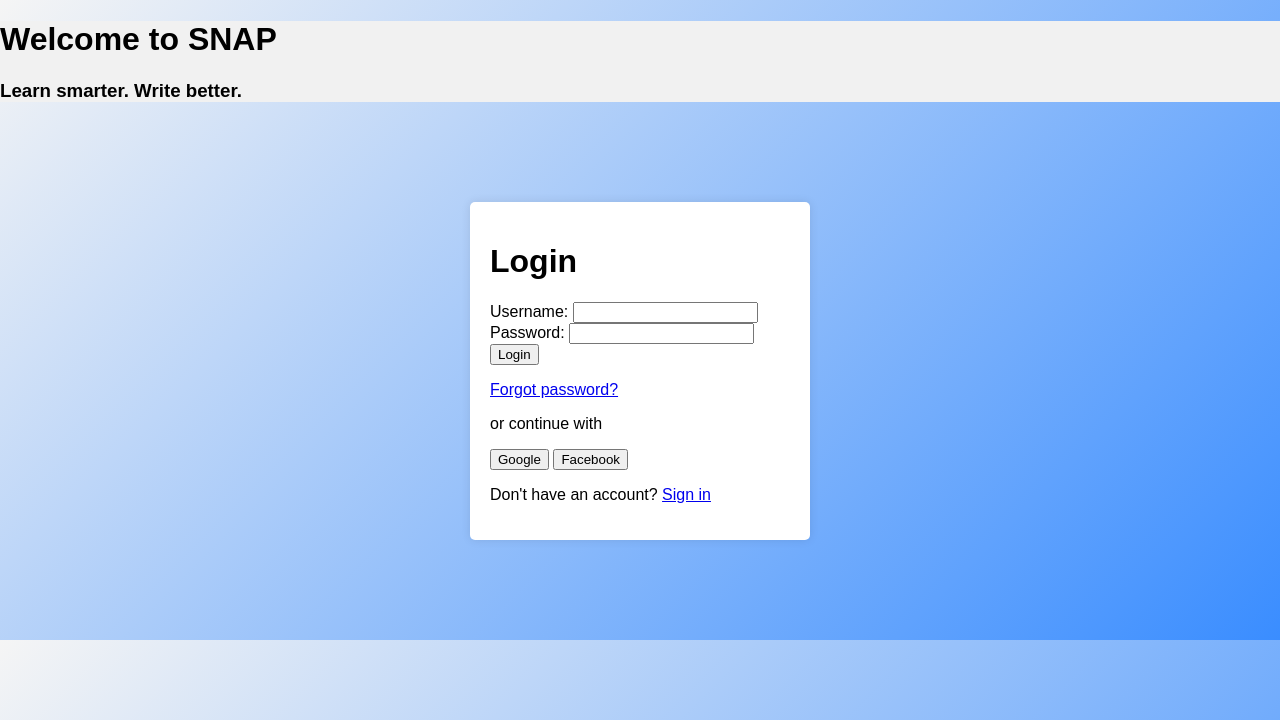
Repository: Lee-Productions-Inc/SNAP_productions
Page: pages/login.html
An editor plug-in stored every save of this project. The page is shown before and after a run of saves, followed by the edit.
The browser window is 1280 px wide. The pictures show the whole page.

Above is the page before, as saved 2026-09-16 19:55:24.

After the next 2 saves:
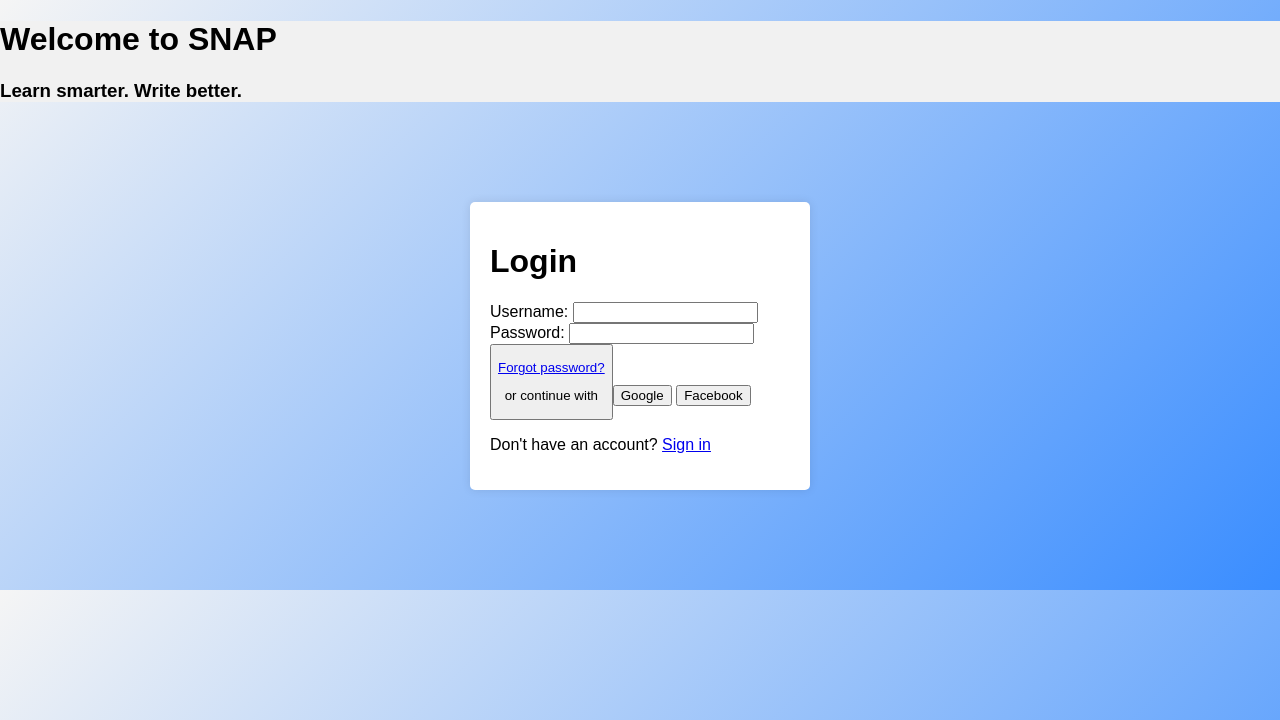
The 2 saves are shown as one change because they came seconds apart.
The last was saved 5 s later.
--- a/pages/login.html
+++ b/pages/login.html
@@ -21,7 +21,7 @@
             <label for="password">Password:</label>
             <input type="password" id="password" name="password" required>
             <br>
-            <button type="submit">Login</button>
+            <button type="submit"><a</button>
             <p><a href="/forgot-password">Forgot password?</a></p>
 
             <p>or continue with</p>

After the 3 saves that followed:
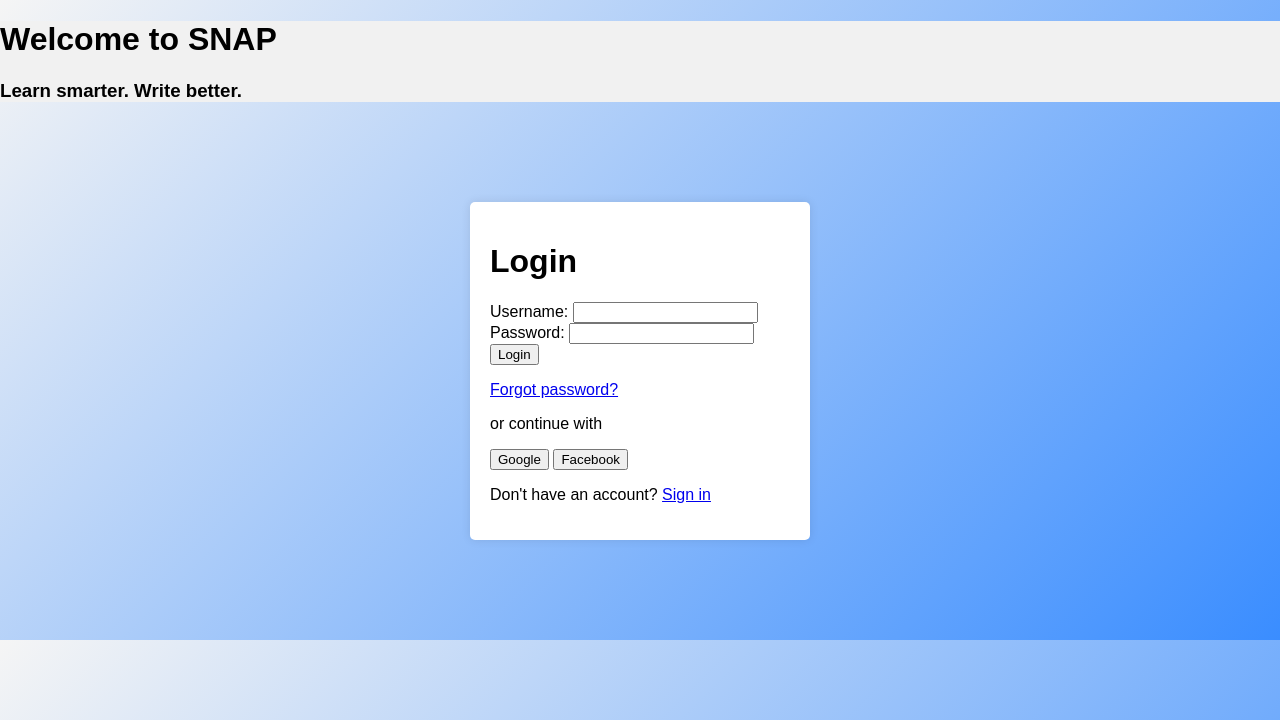
The 3 saves are shown as one change because they came seconds apart.
The last was saved 10 s later.
--- a/pages/login.html
+++ b/pages/login.html
@@ -21,7 +21,7 @@
             <label for="password">Password:</label>
             <input type="password" id="password" name="password" required>
             <br>
-            <button type="submit"><a</button>
+            <button type="submit">Login</button>
             <p><a href="/forgot-password">Forgot password?</a></p>
 
             <p>or continue with</p>
